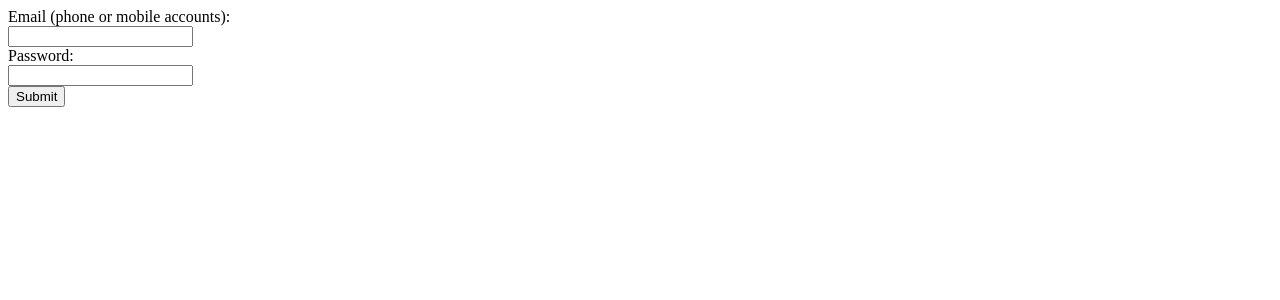
Repository: brittmarie333/replica
Page: index.html
An editor plug-in stored every save of this project. The page is shown before and after the next save, followed by the edit.
The browser window is 1280 px wide. The pictures show the whole page.

Above is the page before, as saved 2023-11-12 14:27:10.

### index.html
<!DOCTYPE html>
<html lang="en">
<head>
    <meta charset="UTF-8">
    <meta name="viewport" content="width=device-width, initial-scale=1.0">
    <title>Log in</title>
</head>
<body>
    <form action="/data.php">
        <label for="username">Email (phone or mobile accounts):</label><br>
        <input type="text" id="fname" name="fname"><br>
        <label for="pword">Password: <a href="""> </label><br>
        <input type="text" id="lname" name="lname" ><br>
        <input type="submit" value="Submit">
      </form>



</body>
</html>

After the next save:
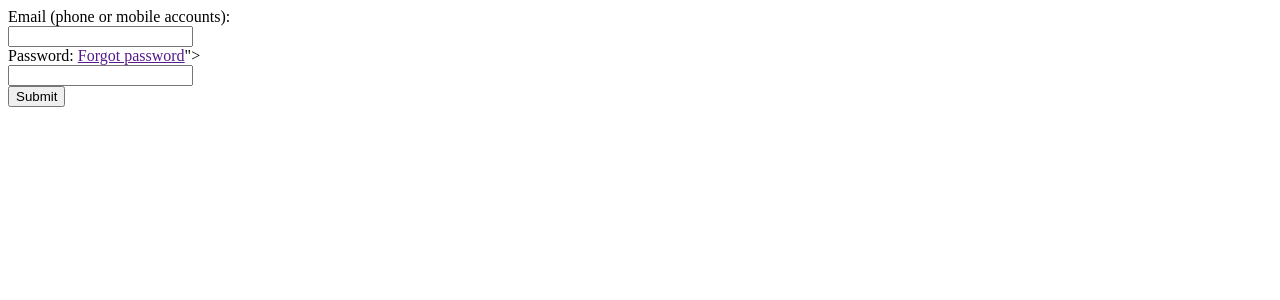
Saved 12 s later.
--- a/index.html
+++ b/index.html
@@ -9,7 +9,7 @@
     <form action="/data.php">
         <label for="username">Email (phone or mobile accounts):</label><br>
         <input type="text" id="fname" name="fname"><br>
-        <label for="pword">Password: <a href="""> </label><br>
+        <label for="pword">Password: <a href="">Forgot password</a>"> </label><br>
         <input type="text" id="lname" name="lname" ><br>
         <input type="submit" value="Submit">
       </form>
